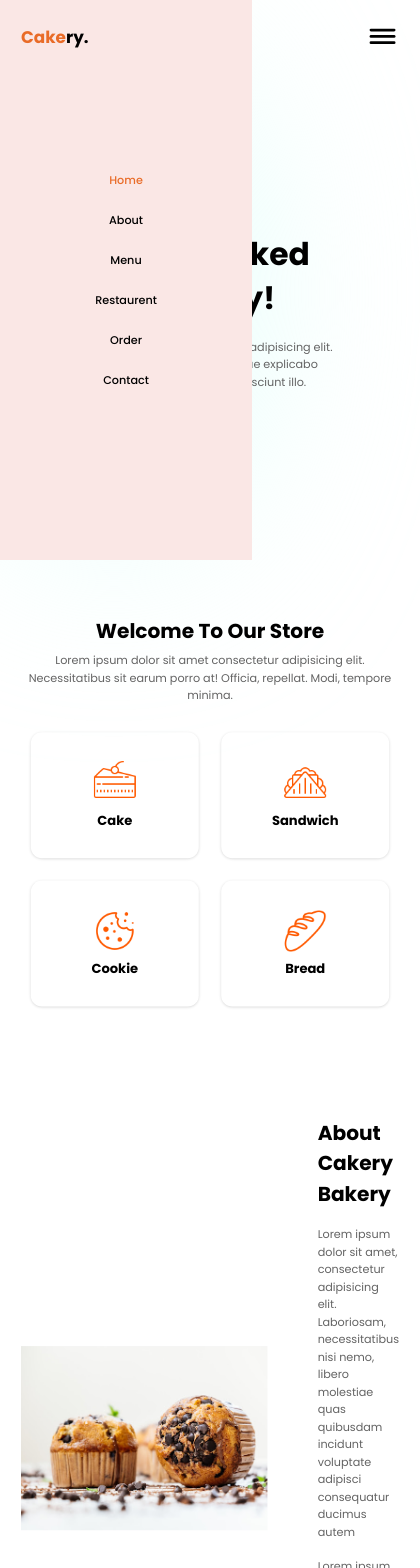
Repository: kingamirhosein100000-maker/cake.shop
Page: index.html
The author's editor kept a copy of each file at every save. The page is drawn from the files as they stood at one save, then again after the next save.
The browser window is 600 px wide. The pictures show the part of the page from y = 0 to 2240 px (the page is 5901 px tall), at 70% of full size.
Some web libraries are served in a nearby version.

Above is the page before, as saved 2026-01-29 19:39:28.

After the next save:
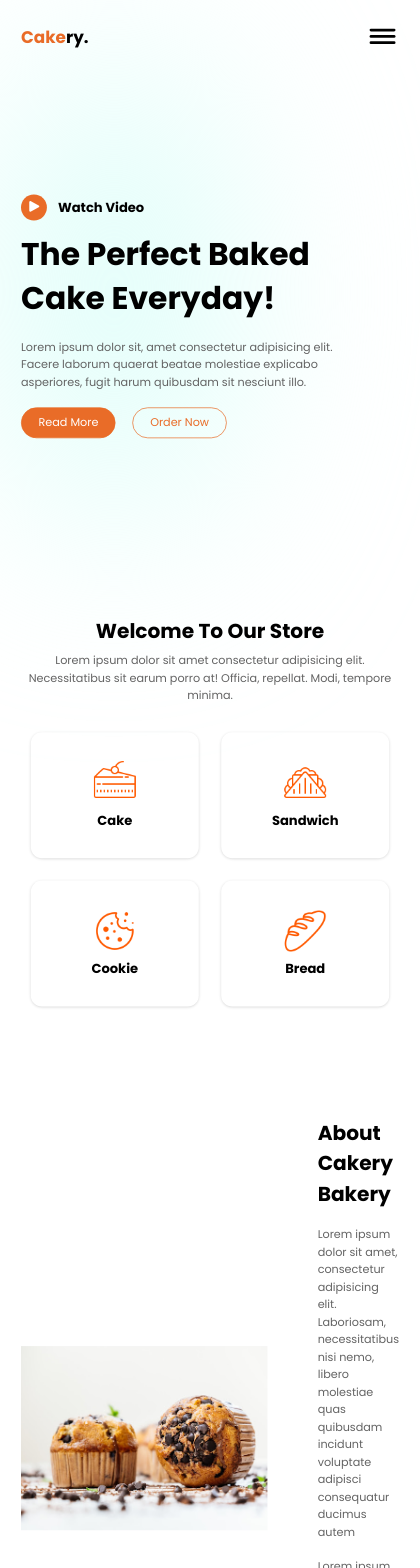
Saved 7 s later.
--- a/style.css
+++ b/style.css
@@ -438,6 +438,6 @@
                             height: 100vh;
                             width: 60%;
                             z-index: 5;
-                            transform: translate(-0%);
-                        }
-                    }
+                            transform: translate(-100%);
+                        }
+                    }
